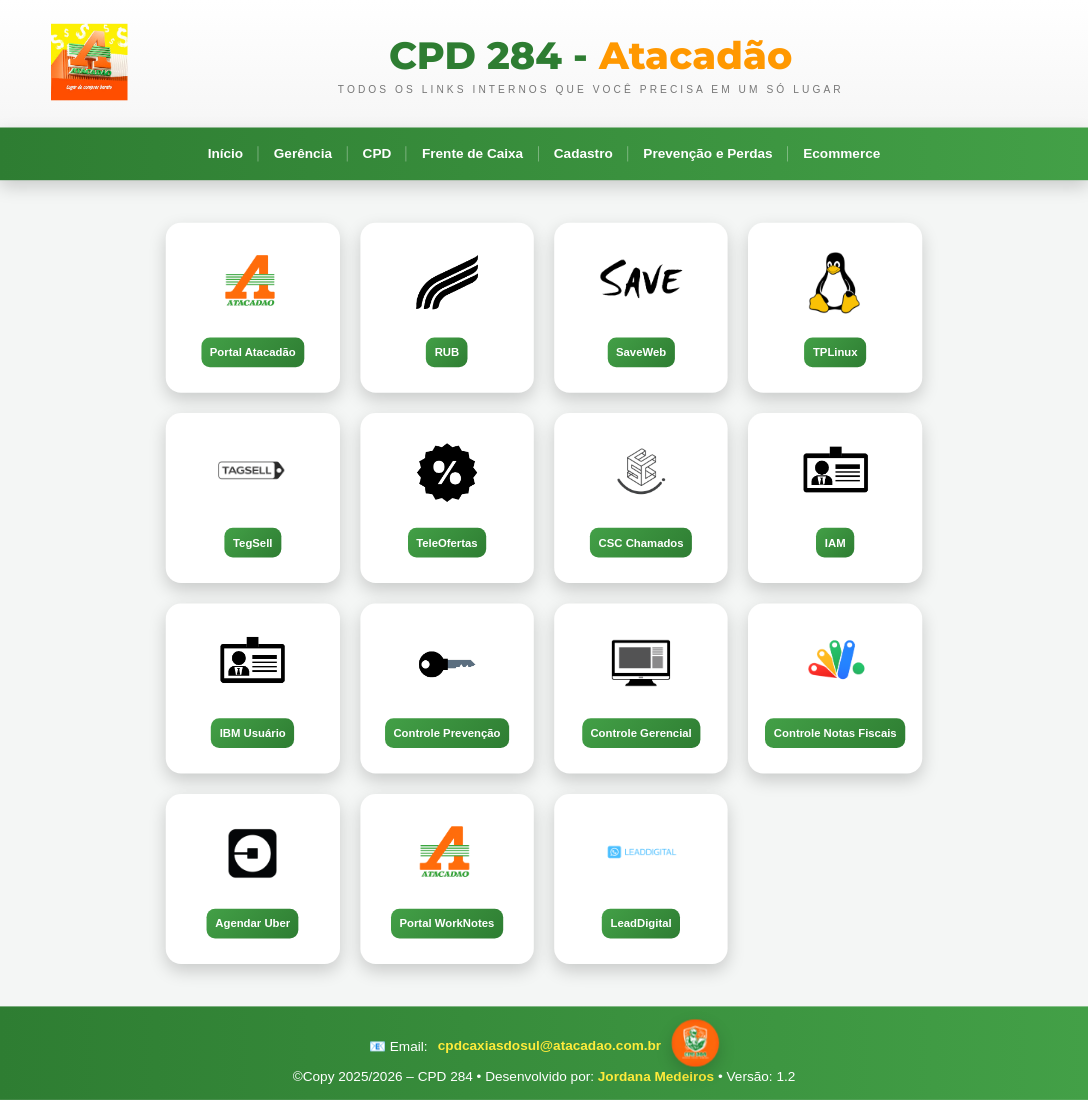
Repository: Iamjordana/projetositecpd284
Page: gerencia.html
The author's editor kept a copy of each file at every save. The page is drawn from the files as they stood at one save, then again after a run of saves.
The browser window is 1280 px wide. The pictures show the whole page, at 85% of full size.

Above is the page before, as saved 2026-01-17 16:12:55.

### gerencia.html
<!DOCTYPE html>
<html lang="pt-br">
<head>
    <meta charset="UTF-8">
    <meta name="viewport" content="width=device-width, initial-scale=1.0">
    <link rel="stylesheet" href="css/style.css">
    <link rel="shortcut icon" href="imagens/favicon.ico.png" type="image/x-icon">
    <link rel="stylesheet" href="css/style.css">
    <title>Gerência</title>
</head>
<body>
<header class="header">
  <div class="header-conteudo">

    <!-- LOGO -->
    <a href="https://www.atacadao.com.br/?gad_source=1&gad_campaignid=20420614023&gbraid=0AAAAABtpTlcGW6y3akw7RKT1Yb7pAKuKd&gclid=CjwKCAiAmp3LBhAkEiwAJM2JUHXSWfP5_Djaq_11NZu4hlSceQ_92qgWRLRudqQOzaB98C2fKkaZ1BoCU14QAvD_BwE" ><img src="imagens/logoataca.jpg" alt="Atacadão" class="header-logo"></a>

    <!-- TEXTO CENTRAL -->
    <div class="header-texto">
      <h1 class="titulo-principal">
        <span class="titulo-verde">CPD 284 - </span>
        <span class="titulo-laranja">Atacadão</span>
      </h1>
      <p>Todos os links internos que você precisa em um só lugar</p>
    </div>
  </div>
</header>

<nav class="navbar">
    <button class="menu-toggle" id="menuToggle" aria-label="Abrir menu">
        ☰
    </button>

    <div class="menu" id="menu">
        <a href="index.html">Início</a>
        <a href="gerencia.html">Gerência</a>
        <a href="cpd.html">CPD</a>
        <a href="frentecaixa.html">Frente de Caixa</a>
        <a href="cadastro.html">Cadastro</a>
        <a href="prevencao.html">Prevenção e Perdas</a>
        <a href="ecommerce.html">Ecommerce</a>
    </div>
</nav>


    <main>
        <div class="container">
            <div class="card">
                <img src="imagens/atacadao.png" alt="ATACADAO" class="card-img1">
                <a href="https://srvportal-prod.br-atacadao.corp/portal/" target="_blank"><button class="btn_atalho">Portal Atacadão</button></a>
            </div>

            <div class="card">
                <img src="imagens/RUB2.png" alt="RUB" class="card-img2">
                <a href="https://srvuca284/vue/" target="_blank"><button class="btn_atalho">RUB</button></a>
            </div>

            <div class="card">
                <img src="imagens/SAVE2.png" alt="SAVEWEB" class="card-img3">
                <a href="https://srvapp284.br-atacadao.corp/" target="_blank" ><button class="btn_atalho">SaveWeb</button></a>
            </div>

            <div class="card">
                <img src="imagens/LUNIX.png" alt="TPLINUX" class="card-img4">
                <a href="https://srvtpl284.br-atacadao.corp:8080/" target="_blank"><button class="btn_atalho">TPLinux</button></a>
            </div>

            <div class="card">
                <img src="imagens/tagsell.png" alt="tegsell" class="card-img5">
                <a href="https://app.tagsell.com.br/login" target="_blank"><button class="btn_atalho">TegSell</button></a>
            </div>

            <div class="card">
                <img src="imagens/TELEOFERTAS.png" alt="TELEOFERTAS" class="card-img6">
                <a href="http://srvsistflyer.cloud.br-atacadao.corp/teleofertas/" target="_blank"><button class="btn_atalho">TeleOfertas</button></a>
            </div>

            <div class="card">
                <img src="imagens/chamados.png" alt="chamados" class="card-img7">
                <a href="https://csc.br-atacadao.corp/portal/customer.html?RequestedURL=" target="_blank"><button class="btn_atalho">CSC Chamados</button></a>
            </div>

            <div class="card">
                <img src="imagens/ibm.jpg" alt="ibm" class="card-img8">
                <a href="https://ibmsvg.br-atacadao.corp:9443/itim/console/jsp/logon/Login.jsp" target="_blank"><button class="btn_atalho">IAM</button></a>
            </div>

            <div class="card">
                <img src="imagens/ibm.jpg" alt="ibm" class="card-img12">
                <a href="https://ibmsvg.br-atacadao.corp:9443/itim/console/jsp/logon/Login.jsp" target="_blank"><button class="btn_atalho">IBM Usuário</button></a>
            </div>

            <div class="card">
            <img src="imagens/chaves.jpg" alt="prevchaves" class="card-img5">
            <a href="https://srvsave284/prevperdas/#/chaves" target="_blank">
                <button class="btn_atalho">Controle Prevenção</button>
            </a>
            </div>

            <div class="card">
                <img src="imagens/controleg.png" alt="controlegeren" class="card-img10">
                <a href="https://docs.google.com/spreadsheets/d/1qIYmTfEgEyFtCI4ynK57EcwgX6iaSKgUFGssNHVbir8/edit?gid=0#gid=0" target="_blank"><button class="btn_atalho">Controle Gerencial</button></a>
            </div>

            <div class="card">
                <img src="imagens/notas.png" alt="Notas" class="card-img11">
                <a href="https://script.google.com/a/macros/atacadao.com.br/s/AKfycbwqcoPfWtn7tztTmkYU_-rZzzbmumslXrLHgY5Jxjh7wCvOsvtwYCqy_XobEg7-W5xm/exec" target="_blank"><button class="btn_atalho">Controle Notas Fiscais</button></a>
            </div>

            <div class="card">
                <img src="imagens/uber.png" alt="uber" class="card-img10">
                <a href="https://auth.uber.com/" target="_blank"><button class="btn_atalho">Agendar Uber</button></a>
            </div>

            <div class="card">
                <img src="imagens/atacadao.png" alt="ATACADAO" class="card-img11">
                <a href="http://srvnaplic2.atacadao.com.br/portal/PWN.nsf/Principal?OpenForm" target="_blank"><button class="btn_atalho"> Portal WorkNotes
                </button></a>
            </div>

            <div class="card">
                <img src="imagens/lead.png" alt="lead" class="card-img11">
                <a href="https://leaderead.br-atacadao.corp/login" target="_blank"><button class="btn_atalho">LeadDigital
                </button></a>
            </div>

        </div>

    </main>


<footer class="footer">
  <p class="linha-email">
    📧 Email:
    <a href="mailto:cpdcaxiasdosul@atacadao.com.br">
      cpdcaxiasdosul@atacadao.com.br
    </a>

    <span class="logo-animada">
      <img src="imagens/logocpd284.png" alt="Logo CPD 284">
    </span>
  </p>

  <p>
    ©Copy 2025/2026 – CPD 284 • Desenvolvido por:
    <a href="https://github.com/Iamjordana" target="_blank">Jordana Medeiros</a>
    • Versão: 1.2
  </p>
</footer>
</body>

<script>
const toggle = document.getElementById('menuToggle');
const menu = document.getElementById('menu');

toggle.addEventListener('click', () => {
  menu.classList.toggle('active');
});
</script>
</html>

### css/style.css
@charset "UTF-8";
@import url('https://fonts.googleapis.com/css2?family=Montserrat:wght@600;800&display=swap');

/* =====================================================
   1. VARIÁVEIS
===================================================== */
:root {
  --branco: #ffffff;
  --cinza-bg: #f4f6f5;

  --verde-claro: #43a047;
  --verde-escuro: #2e7d32;

  --laranja: #ff9800;
  --laranja-escuro: #f57c00;

  --texto: #444;
  --texto-suave: #777;

  --sombra-suave: 0 4px 12px rgba(0,0,0,0.12);
  --sombra-media: 0 8px 20px rgba(0,0,0,0.18);
  --sombra-forte: 0 14px 30px rgba(0,0,0,0.25);
}

/* =====================================================
   2. RESET E BASE
===================================================== */
* {
  margin: 0;
  padding: 0;
  box-sizing: border-box;
}

html, body {
  height: 100%;
}

body {
  background: var(--cinza-bg);
  font-family: Arial, Helvetica, sans-serif;
  color: var(--texto);
  display: flex;
  flex-direction: column;
}

/* =====================================================
   3. HEADER
===================================================== */
.header {
  background: linear-gradient(180deg, #ffffff 0%, #f6f6f6 100%);
  box-shadow: var(--sombra-suave);
}

.header-conteudo {
  max-width: 1200px;
  margin: auto;
  padding: 28px 20px;
  display: flex;
  align-items: center;
  gap: 20px;
}

.header-logo {
  width: 90px;
}

.header-texto {
  flex: 1;
  text-align: center;
}

.titulo-principal {
  font-family: 'Montserrat', sans-serif;
  font-size: 2.8rem;
  font-weight: 800;
}

.titulo-verde { color: var(--verde-escuro); }
.titulo-laranja { color: var(--laranja); }

.header-texto p {
  margin-top: 6px;
  font-size: 0.75rem;
  letter-spacing: 0.3em;
  text-transform: uppercase;
  color: var(--texto-suave);
}

/* =====================================================
   4. NAVBAR
===================================================== */
.navbar {
  background: linear-gradient(90deg, var(--verde-escuro), var(--verde-claro));
  box-shadow: var(--sombra-media);
  display: flex;
  flex-direction: column;
}

/* botão hamburguer */
.menu-toggle {
  display: none;
  background: none;
  border: none;
  color: white;
  font-size: 26px;
  cursor: pointer;
  padding: 14px 20px;
  text-align: left;
}

/* menu */
.menu {
  max-width: 1200px;
  margin: auto;
  padding: 12px 20px;
  display: flex;
  justify-content: center;
}

.menu a {
  color: white;
  text-decoration: none;
  font-weight: 600;
  padding: 10px 18px;
  position: relative;
}

.menu a:not(:last-child)::after {
  content: "";
  position: absolute;
  right: 0;
  top: 50%;
  transform: translateY(-50%);
  height: 18px;
  width: 1px;
  background: rgba(255,255,255,0.4);
}

.menu a:hover {
  background: white;
  color: var(--verde-escuro);
  border-radius: 8px;
}

/* =====================================================
   5. MAIN / CARDS
===================================================== */
main {
  flex: 1;
  max-width: 1200px;
  margin: 50px auto;
}

.container {
  display: grid;
  grid-template-columns: repeat(2, 1fr); /* 🔥 SEMPRE 2 */
  gap: 24px;
  max-width: 1200px;
  margin: auto;
  padding: 0 20px;
}

.card {
  width: 100%;
  height: 200px;

  background: white;
  border-radius: 18px;

  display: flex;
  flex-direction: column;
  align-items: center;

  padding: 20px;
  box-shadow: var(--sombra-media);
  transition: 0.3s;
}



.card img {
  width: 100px;
  height: 100px;
  object-fit: contain;
  margin-bottom: 15px;
}

.btn_atalho {
  margin-top: auto;
  width: 100%;
  text-align: center;
  background: linear-gradient(135deg, var(--verde-claro), var(--verde-escuro));
  color: white;
  border: none;
  border-radius: 10px;
  padding: 10px;
  font-weight: 600;
  cursor: pointer;
  transition: 0.2s;
}

.btn_atalho:hover {
  background: linear-gradient(135deg, var(--laranja), var(--laranja-escuro));
  transform: translateY(-2px);
}

/* =====================================================
   6. FOOTER
===================================================== */
.footer {
  background: linear-gradient(90deg, var(--verde-escuro), var(--verde-claro));
  color: white;
  text-align: center;
  padding: 18px 12px;
}

.footer a {
  color: #ffeb3b;
  font-weight: bold;
  text-decoration: none;
}

.footer a:hover {
  text-decoration: underline;
}

.linha-email {
  display: inline-flex;
  align-items: center;
  gap: 12px;
}

.logo-animada {
  width: 56px;
  height: 56px;
  border-radius: 50%;
  overflow: hidden;
  box-shadow: var(--sombra-media);
  animation: respirar 4s infinite ease-in-out;
}

.logo-animada img {
  width: 100%;
  height: 100%;
  object-fit: cover;
}

@keyframes respirar {
  0%, 100% { transform: translateY(0); }
  50% { transform: translateY(-6px); }
}

/* =====================================================
   7. MOBILE
===================================================== */
@media (max-width: 768px) {

  .menu-toggle {
    display: block;
  }

  .menu {
    display: none;
    flex-direction: column;
    padding: 0;
  }

  .menu.active {
    display: flex;
  }

  .menu a {
    padding: 16px;
    text-align: center;
    border-top: 1px solid rgba(255,255,255,0.3);
  }

  .menu a::after {
    display: none;
  }
}

@media (min-width: 900px) {
  .container {
    grid-template-columns: repeat(3, 1fr);
  }
}

@media (min-width: 1200px) {
  .container {
    grid-template-columns: repeat(4, 1fr);
  }
}

After the next 2 saves:
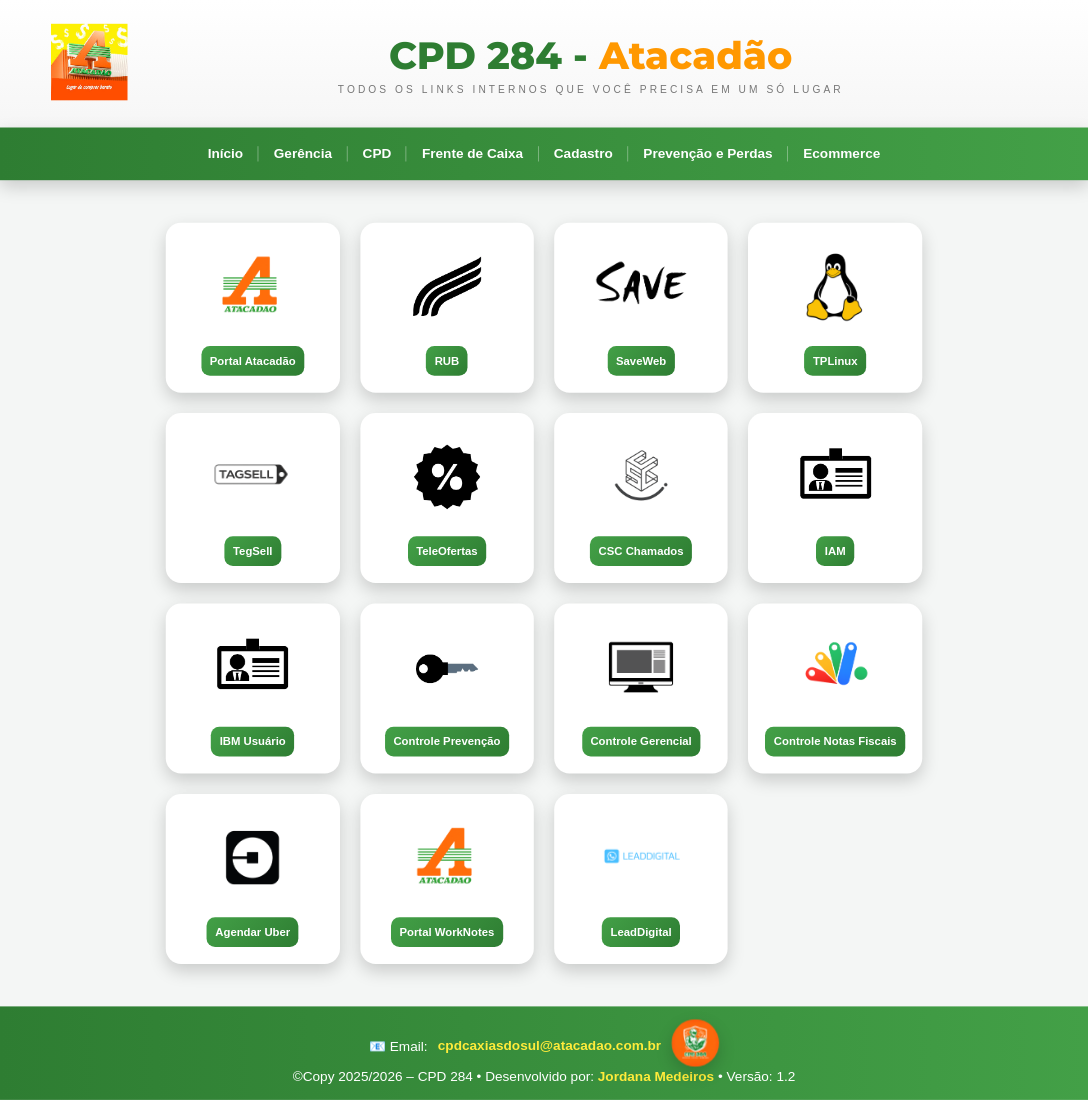
The 2 saves are shown as one change because they came seconds apart.
The last was saved 19 s later.
--- a/css/style.css
+++ b/css/style.css
@@ -179,8 +179,8 @@
 
 
 .card img {
-  width: 100px;
-  height: 100px;
+  width: 110px;
+  height: 110px;
   object-fit: contain;
   margin-bottom: 15px;
 }
